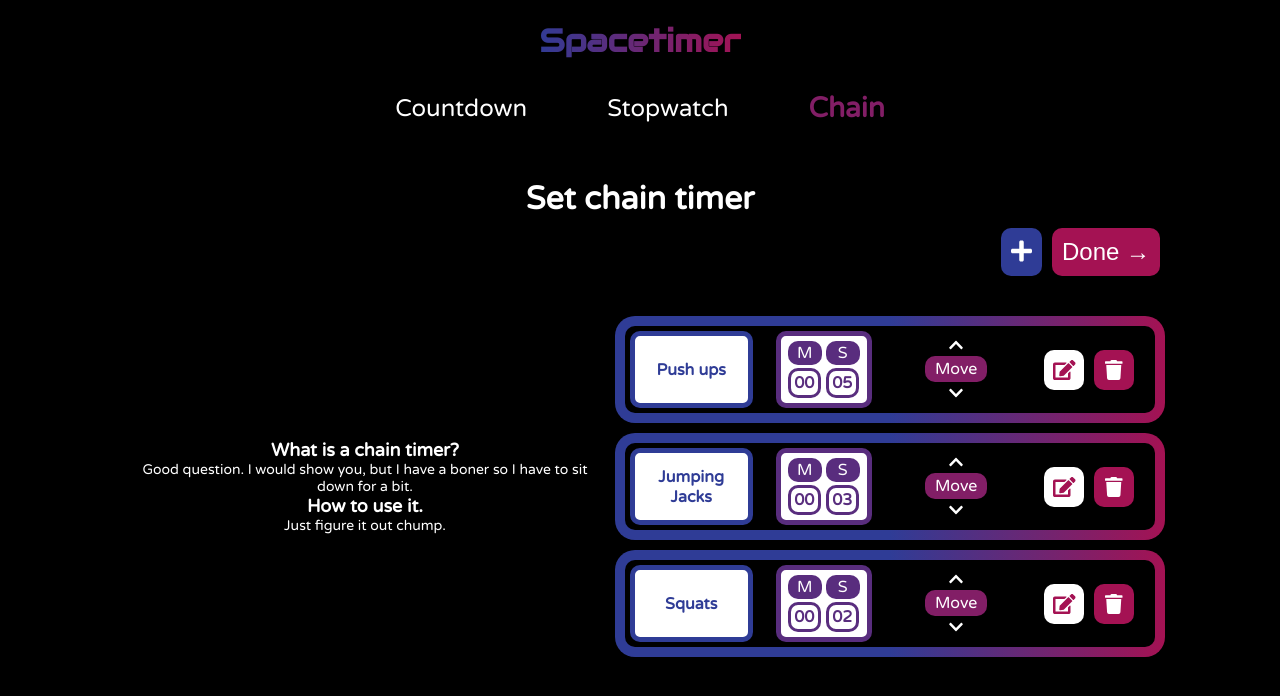
Repository: JohnKrige/space-timer2
Page: /timer-chain
The author's editor kept a copy of each file at every save. The page is drawn from the files as they stood at one save, then again after the next save.
The browser window is 1280 px wide. The pictures show the whole page.
The project was rebuilt for these pictures with package versions that can differ from the ones it lists, and the page was loaded fresh each time. Also part of the build but not shown: src/components/Timer/styles.js, src/components/Timer/TimerDisplay.js, src/components/Stopwatch/Stopwatch.js, src/components/ChainTimer/ChainTimerItem.js, src/components/SetTimerModal/transition-styles.css, src/components/Timer/Repeater.js, src/components/CountdownTimer/countdownTimerStyles.js, src/components/CountdownTimer/CountdownTimer.js. Imported but missing from the stored project, and not drawn on this page: src/components/CountdownTimer/beep.flac, src/components/CountdownTimer/timersound1.wav.

Above is the page before, as saved 2021-11-21 13:03:51.

After the next save:
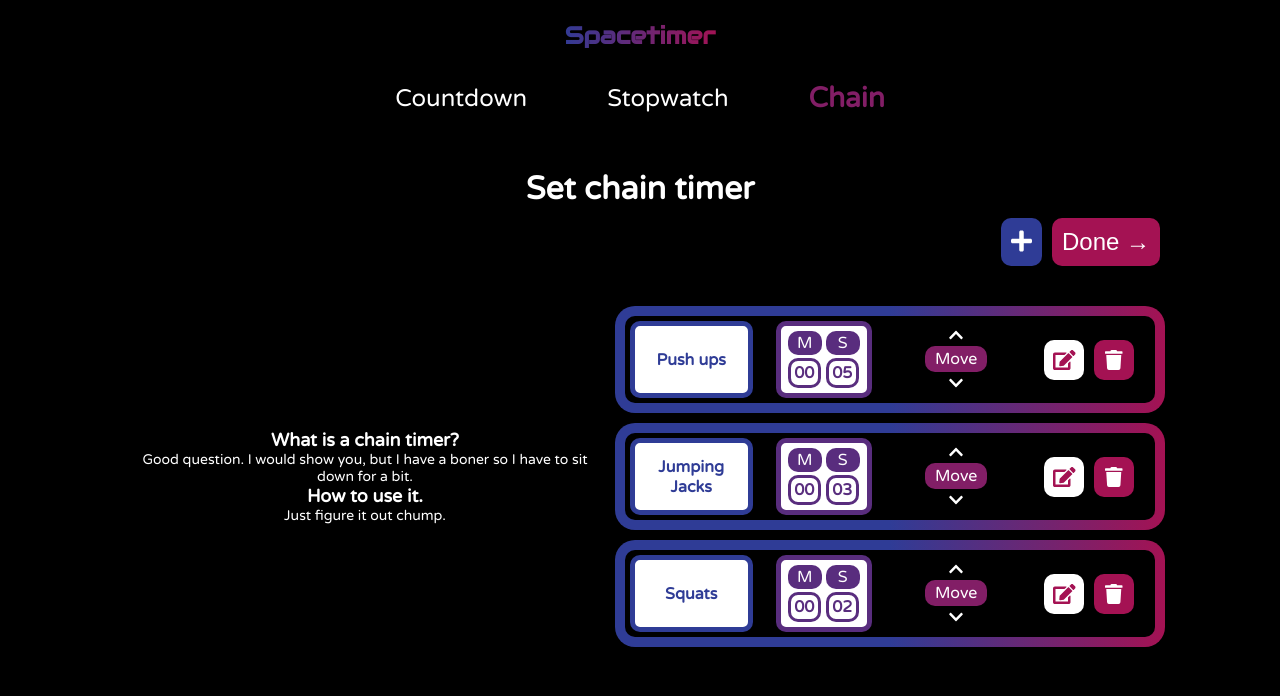
Saved 51 s later.
--- a/src/App.css
+++ b/src/App.css
@@ -36,7 +36,7 @@
   display: inline;
   padding: 0 5px;
   font-family: 'Audiowide', cursive;
-  font-size: 32px;
+  font-size: 24px;
   background: #2f3c96;
   background: -webkit-linear-gradient(to right, #2f3c96 0%, #a41253 100%);
   background: -moz-linear-gradient(to right, #2f3c96 0%, #a41253 100%);

After the save that followed:
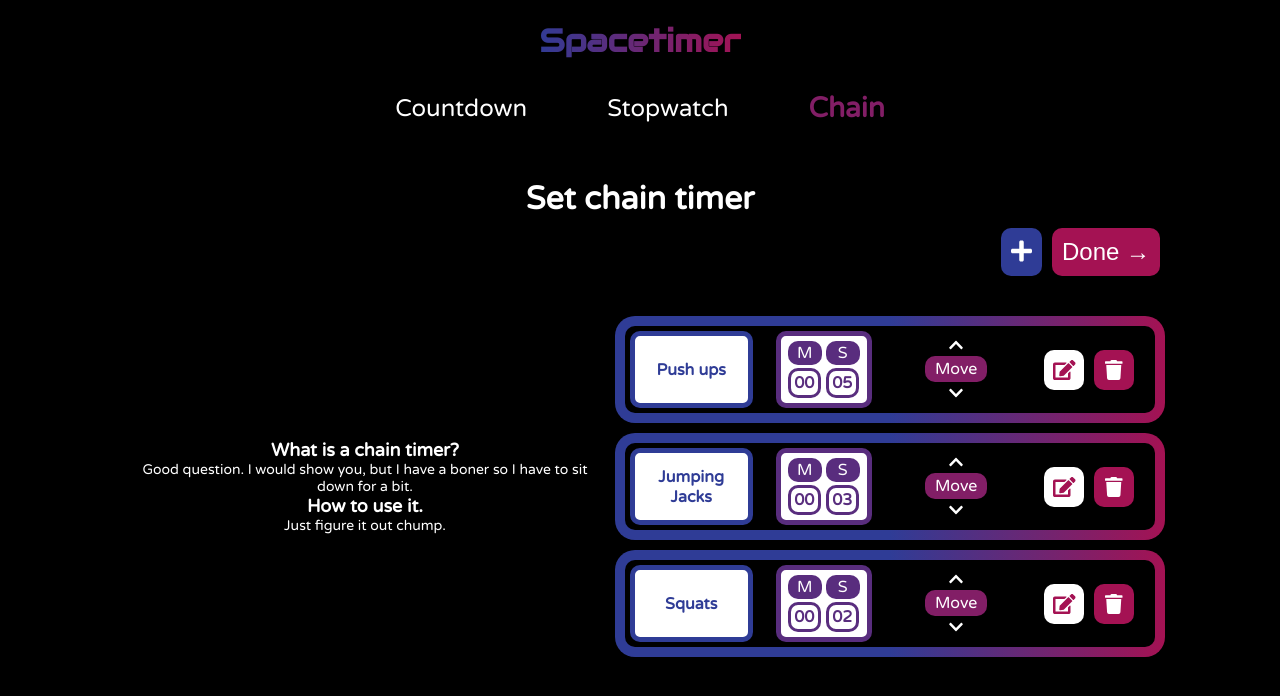
Saved 5 s later.
--- a/src/App.css
+++ b/src/App.css
@@ -36,7 +36,7 @@
   display: inline;
   padding: 0 5px;
   font-family: 'Audiowide', cursive;
-  font-size: 24px;
+  font-size: 32px;
   background: #2f3c96;
   background: -webkit-linear-gradient(to right, #2f3c96 0%, #a41253 100%);
   background: -moz-linear-gradient(to right, #2f3c96 0%, #a41253 100%);
